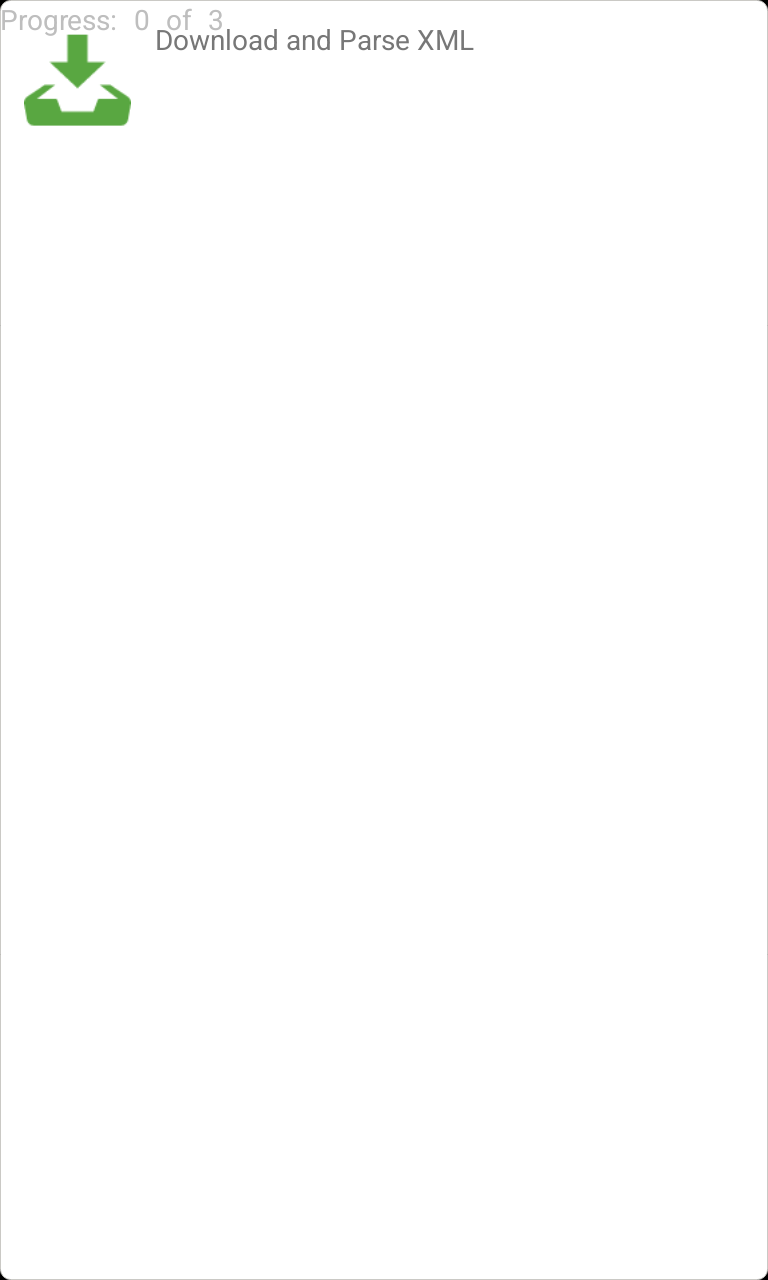
Repository: easyCZ/UoE-Projects
Layout: UG3-SELP/res/layout/download_and_parse.xml
The author's editor kept a copy of each file at every save. The layout is drawn from the files as they stood at one save, then again after a run of saves.
It is drawn on a 768 x 1280 px phone screen (xhdpi) without system bars, with theme android:Theme.Black.NoTitleBar; the app's code is not run.

Above is the layout before, as saved 2013-12-06 16:10:25.

### UG3-SELP/res/layout/download_and_parse.xml
<RelativeLayout
    xmlns:android="http://schemas.android.com/apk/res/android"
   	android:layout_width="match_parent"
    android:layout_height="60dp"
	android:background="@drawable/download_and_parse_style"
	android:id="@+id/download_and_parse"
	android:layout_margin="10dp"
	android:layout_below="@id/titleBar"
	android:duplicateParentState="true" >

    <ImageView
        android:id="@+id/imageView1"
        android:layout_width="wrap_content"
        android:layout_height="wrap_content"
        android:layout_alignParentLeft="true"
        android:layout_alignParentTop="true"
        android:padding="12dp"
        android:src="@drawable/download2"
        android:contentDescription="@string/downloadAndParseImgDesc" />

    <TextView
        android:id="@+id/downloadAndParseTitle"
        android:layout_width="wrap_content"
        android:layout_height="wrap_content"
        android:layout_alignParentTop="true"
        android:layout_marginTop="10dp"
        android:layout_toRightOf="@+id/imageView1"
        android:text="@string/downloadAndParseTitle"
        android:textColor="@color/downloadAndParseTitleColor" />

    <LinearLayout
        android:id="@+id/downloadAndParseDescSection"
        android:layout_width="match_parent"
        android:layout_height="wrap_content"
        android:orientation="horizontal">

        <TextView
	        android:id="@+id/textView2"
	        android:layout_width="wrap_content"
	        android:layout_height="wrap_content"
	        android:layout_alignLeft="@+id/textView1"
	        android:layout_below="@+id/textView1"
	        android:text="Progress:" />

        <TextView
	        android:paddingLeft="8dp"
	        android:paddingRight="8dp"
	        android:id="@+id/textView3"
	        android:layout_width="wrap_content"
	        android:layout_height="wrap_content"
	        android:layout_alignBaseline="@+id/textView2"
	        android:layout_alignBottom="@+id/textView2"
	        android:layout_toRightOf="@+id/textView2"
	        android:text="0" />

        <TextView
	        android:paddingRight="8dp"
	        android:id="@+id/textView4"
	        android:layout_width="wrap_content"
	        android:layout_height="wrap_content"
	        android:layout_alignBaseline="@+id/textView3"
	        android:layout_alignBottom="@+id/textView3"
	        android:layout_toRightOf="@+id/textView3"
	        android:text="of" />

	    <TextView
	        android:id="@+id/textView5"
	        android:layout_width="wrap_content"
	        android:layout_height="wrap_content"
	        android:layout_alignBaseline="@+id/textView4"
	        android:layout_alignBottom="@+id/textView4"
	        android:layout_toRightOf="@+id/textView4"
	        android:text="3" />

    </LinearLayout>







</RelativeLayout>

### UG3-SELP/res/drawable/download_and_parse_style.xml
<?xml version="1.0" encoding="utf-8"?>
<shape xmlns:android="http://schemas.android.com/apk/res/android"
    android:shape="rectangle">
    <solid android:color="#ffffff"/>
    <corners android:radius="5dp"/>
    <stroke android:color="#cac9c5" android:width="1px"/>

</shape>

### UG3-SELP/res/values/strings.xml
<?xml version="1.0" encoding="utf-8"?>
<resources>

    <string name="app_name">UoE Informatics Timetable</string>
    <string name="action_settings">Settings</string>
    <string name="service_name">XML Downloader</string>
    <string name="title_activity_class_detail_fragment">ClassDetailFragment</string>
    <string name="optionsBtnDesc">Options</string>
    <string name="settingsBtnDesc">Settings</string>
    <string name="searchBtnDesc">Settings</string>
    <string name="searchHint">Search..</string>
    <string name="availableCourses">Available courses:</string>
    <string name="sidebarContentDesc">Course Image</string>

    <!-- Download and Parse -->
    <string name="downloadAndParseImgDesc">Download</string>
    <string name="downloadAndParseTitle">Download and Parse XML</string>

</resources>

### UG3-SELP/res/values/colors.xml
<?xml version="1.0" encoding="utf-8"?>
<resources>

    <color name="titleBar">#6ea552</color>
    <color name="titleBarBorder">#56903b</color>
    <color name="titleBarOnClick">#56903b</color>
    <color name="actionBarDrawerBG">#333c43</color>
    <color name="white">#ffffff</color>
    <color name="sidebarBG">#454e55</color>
    <color name="sidebarSubHeadingTextColor">#8e9397</color>

    <!-- Download and Parse -->
    <color name="downloadAndParseTitleColor">#777777</color>

</resources>

After the next 2 saves:
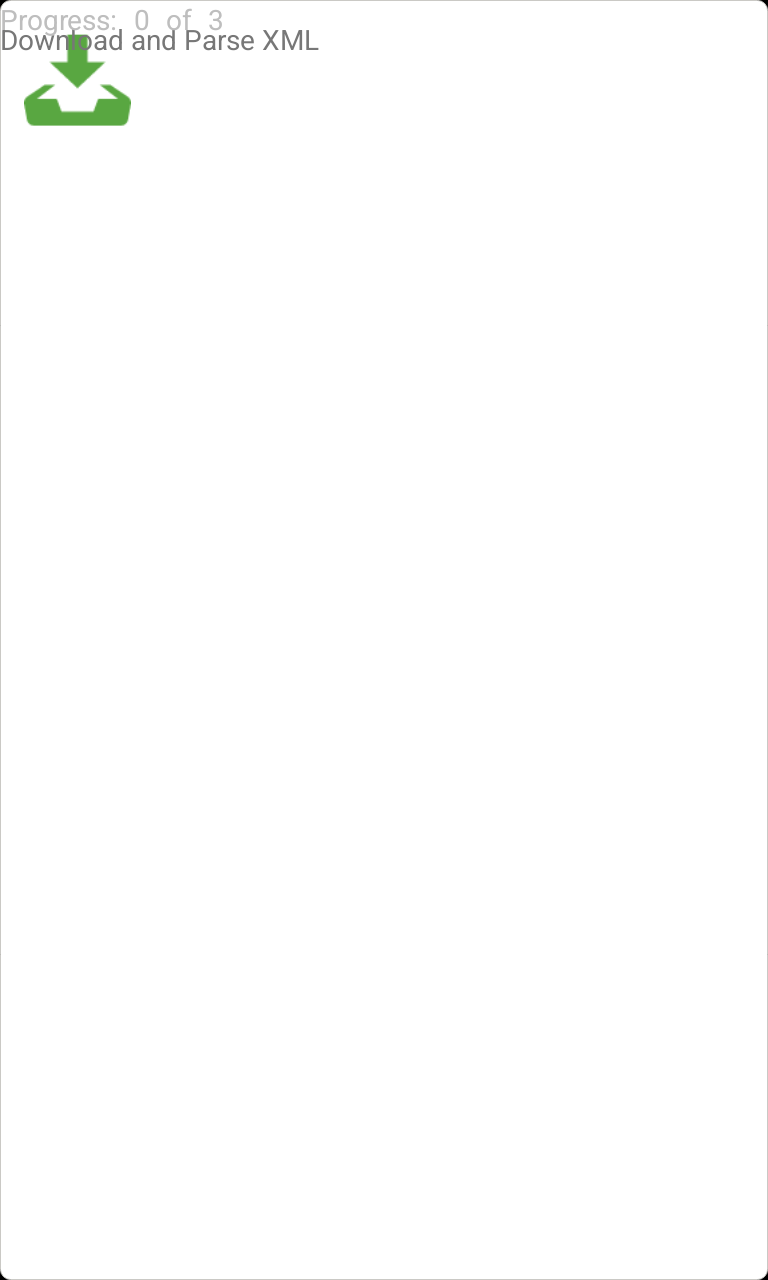
The 2 saves are shown as one change because they came seconds apart.
The last was saved 13 s later.
--- a/UG3-SELP/res/layout/download_and_parse.xml
+++ b/UG3-SELP/res/layout/download_and_parse.xml
@@ -9,7 +9,7 @@
 	android:duplicateParentState="true" >
 
     <ImageView
-        android:id="@+id/imageView1"
+        android:id="@+id/downloadAndParseIcon"
         android:layout_width="wrap_content"
         android:layout_height="wrap_content"
         android:layout_alignParentLeft="true"

After the 4 saves that followed:
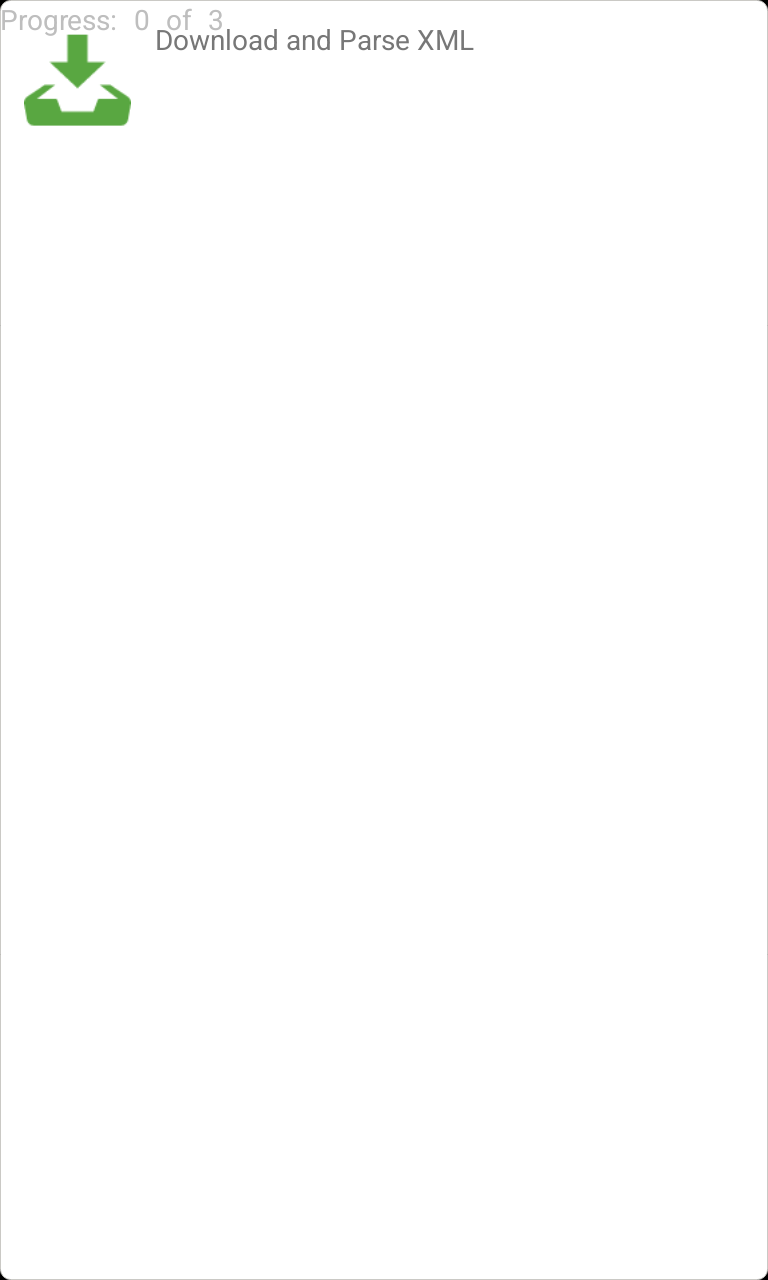
The 4 saves are shown as one change because 3 left the picture as it was.
The last was saved 41 s later.
--- a/UG3-SELP/res/layout/download_and_parse.xml
+++ b/UG3-SELP/res/layout/download_and_parse.xml
@@ -3,7 +3,7 @@
    	android:layout_width="match_parent"
     android:layout_height="60dp"
 	android:background="@drawable/download_and_parse_style"
-	android:id="@+id/download_and_parse"
+	android:id="@+id/downloadAndParse"
 	android:layout_margin="10dp"
 	android:layout_below="@id/titleBar"
 	android:duplicateParentState="true" >
@@ -24,7 +24,7 @@
         android:layout_height="wrap_content"
         android:layout_alignParentTop="true"
         android:layout_marginTop="10dp"
-        android:layout_toRightOf="@+id/imageView1"
+        android:layout_toRightOf="@+id/downloadAndParseIcon"
         android:text="@string/downloadAndParseTitle"
         android:textColor="@color/downloadAndParseTitleColor" />
 
